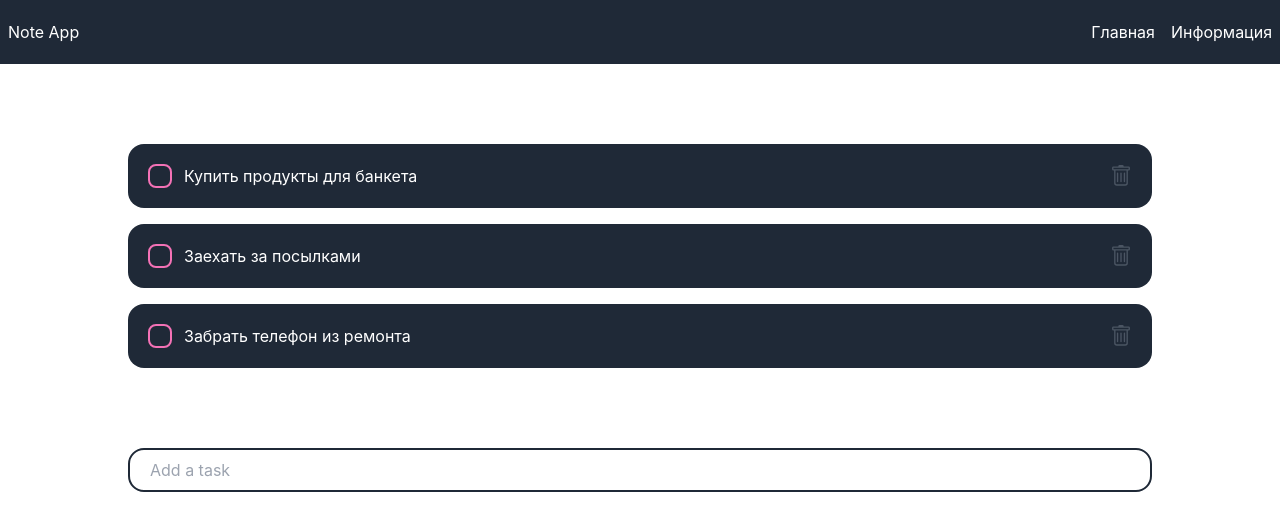
Repository: VachArt/react-exam-work
Page: /
The author's editor kept a copy of each file at every save. The page is drawn from the files as they stood at one save, then again after the next save.
The browser window is 1280 px wide. The pictures show the whole page.
The project was rebuilt for these pictures with package versions that can differ from the ones it lists, and the page was loaded fresh each time. Also part of the build but not shown: src/components/pages/About/About.jsx.

Above is the page before, as saved 2022-04-27 23:30:58.

After the next save:
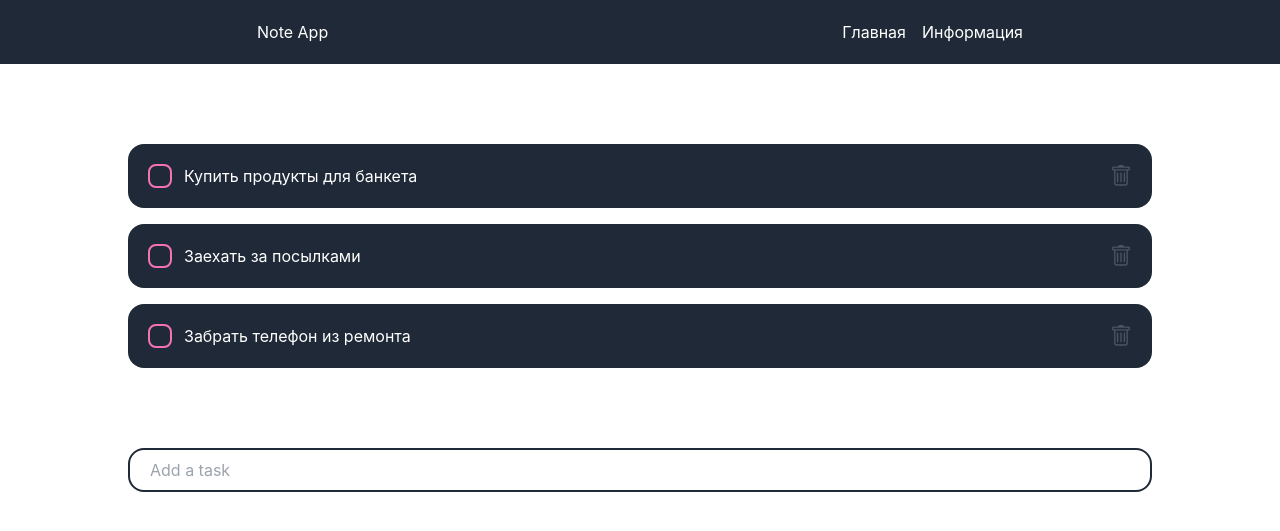
Saved 28 s later.
--- a/src/components/pages/Home/Navbar.jsx
+++ b/src/components/pages/Home/Navbar.jsx
@@ -2,7 +2,7 @@
 import {NavLink} from 'react-router-dom'
 
 export const Navbar = () => (
-    <nav className='bg-gray-800 flex items-center justify-between h-16 text-white mx-auto'>
+    <nav className='bg-gray-800 flex items-center justify-around h-16 text-white mx-auto'>
         <div className='navbar-brand p-2'>
             Note App
         </div>

After the save that followed:
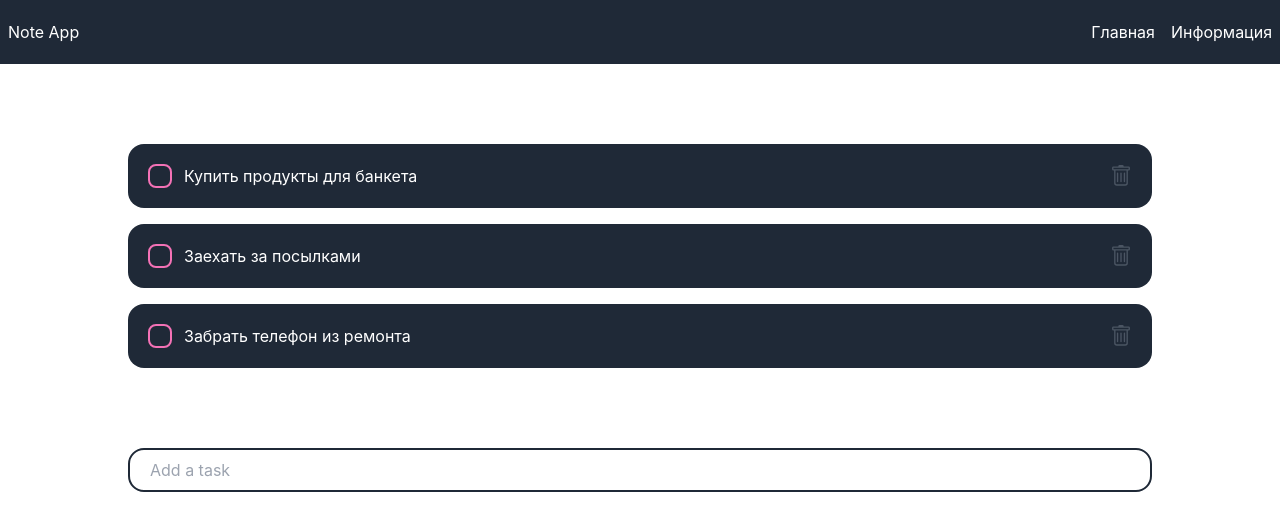
Saved 5 s later.
--- a/src/components/pages/Home/Navbar.jsx
+++ b/src/components/pages/Home/Navbar.jsx
@@ -2,7 +2,7 @@
 import {NavLink} from 'react-router-dom'
 
 export const Navbar = () => (
-    <nav className='bg-gray-800 flex items-center justify-around h-16 text-white mx-auto'>
+    <nav className='bg-gray-800 flex items-center justify-between h-16 text-white mx-auto'>
         <div className='navbar-brand p-2'>
             Note App
         </div>
